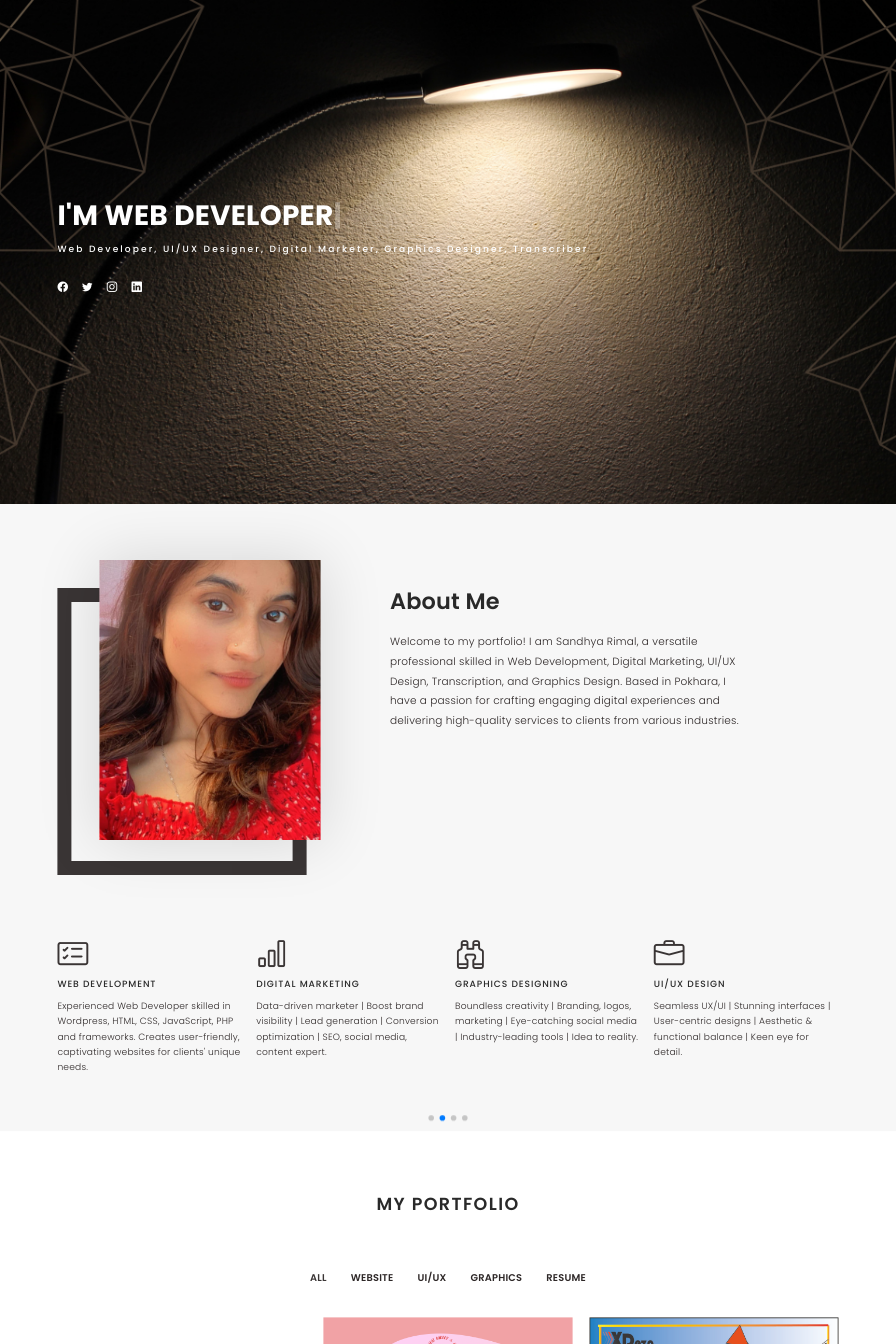
Repository: sandhya8109/portfolio
Page: index.html
An editor plug-in stored every save of this project. The page is shown before and after the next save, followed by the edit.
The browser window is 1280 px wide. The pictures show the part of the page from y = 0 to 1920 px (the page is 4289 px tall before and 5248 px after), at 70% of full size.
Some web fonts or font styles are not loaded; a fallback is used.

Above is the page before, as saved 2023-11-20 19:43:18.

After the next save:
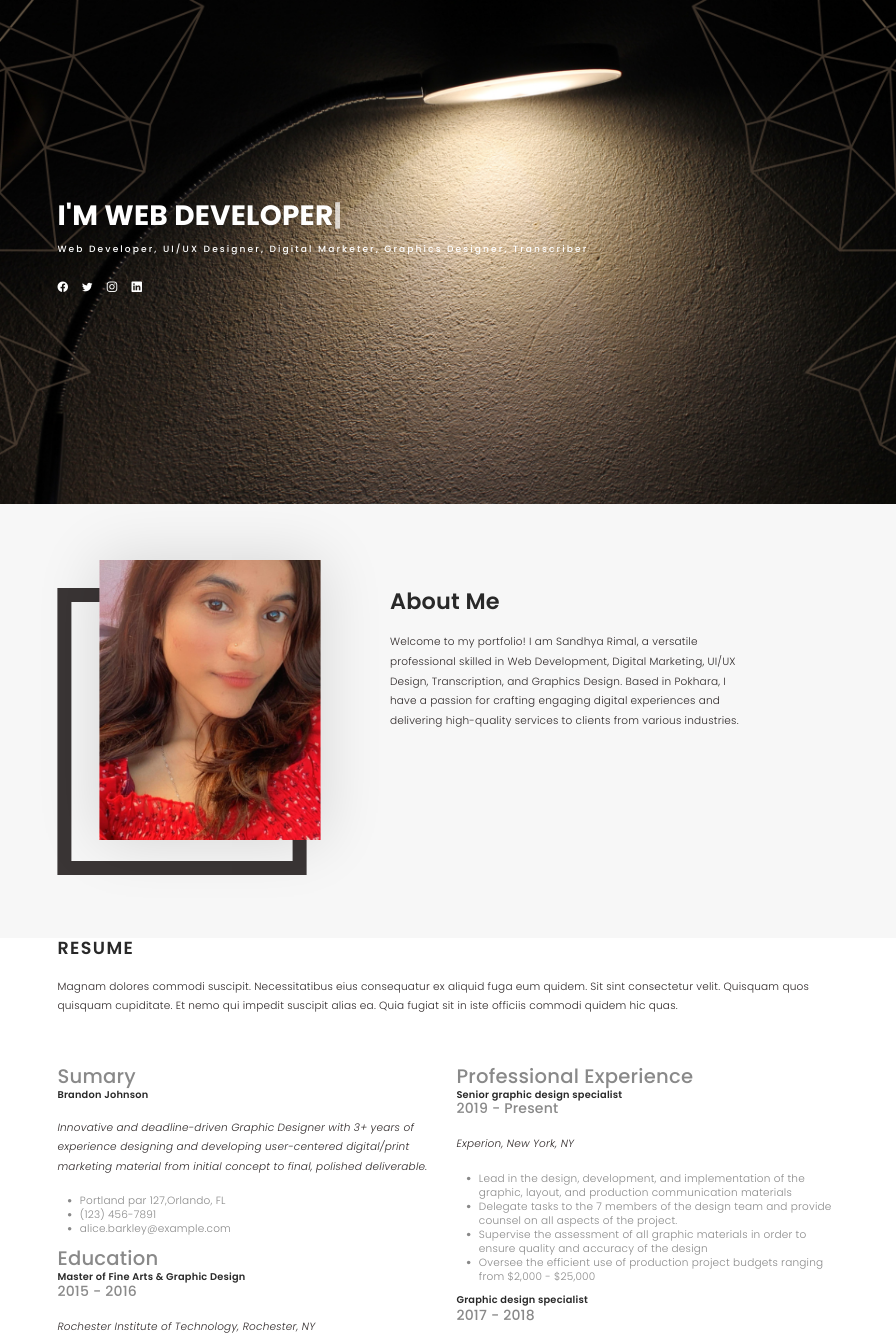
Saved 40 s later.
--- a/index.html
+++ b/index.html
@@ -115,7 +115,70 @@
       </div>
     </div><!-- End About Section -->
 
-
+    <section id="resume" class="resume">
+      <div class="container aos-init aos-animate" data-aos="fade-up">
+
+        <div class="section-title">
+          <h2>Resume</h2>
+          <p>Magnam dolores commodi suscipit. Necessitatibus eius consequatur ex aliquid fuga eum quidem. Sit sint consectetur velit. Quisquam quos quisquam cupiditate. Et nemo qui impedit suscipit alias ea. Quia fugiat sit in iste officiis commodi quidem hic quas.</p>
+        </div>
+
+        <div class="row">
+          <div class="col-lg-6">
+            <h3 class="resume-title">Sumary</h3>
+            <div class="resume-item pb-0">
+              <h4>Brandon Johnson</h4>
+              <p><em>Innovative and deadline-driven Graphic Designer with 3+ years of experience designing and developing user-centered digital/print marketing material from initial concept to final, polished deliverable.</em></p>
+              <ul>
+                <li>Portland par 127,Orlando, FL</li>
+                <li>(123) 456-7891</li>
+                <li>alice.barkley@example.com</li>
+              </ul>
+            </div>
+
+            <h3 class="resume-title">Education</h3>
+            <div class="resume-item">
+              <h4>Master of Fine Arts &amp; Graphic Design</h4>
+              <h5>2015 - 2016</h5>
+              <p><em>Rochester Institute of Technology, Rochester, NY</em></p>
+              <p>Qui deserunt veniam. Et sed aliquam labore tempore sed quisquam iusto autem sit. Ea vero voluptatum qui ut dignissimos deleniti nerada porti sand markend</p>
+            </div>
+            <div class="resume-item">
+              <h4>Bachelor of Fine Arts &amp; Graphic Design</h4>
+              <h5>2010 - 2014</h5>
+              <p><em>Rochester Institute of Technology, Rochester, NY</em></p>
+              <p>Quia nobis sequi est occaecati aut. Repudiandae et iusto quae reiciendis et quis Eius vel ratione eius unde vitae rerum voluptates asperiores voluptatem Earum molestiae consequatur neque etlon sader mart dila</p>
+            </div>
+          </div>
+          <div class="col-lg-6">
+            <h3 class="resume-title">Professional Experience</h3>
+            <div class="resume-item">
+              <h4>Senior graphic design specialist</h4>
+              <h5>2019 - Present</h5>
+              <p><em>Experion, New York, NY </em></p>
+              <ul>
+                <li>Lead in the design, development, and implementation of the graphic, layout, and production communication materials</li>
+                <li>Delegate tasks to the 7 members of the design team and provide counsel on all aspects of the project. </li>
+                <li>Supervise the assessment of all graphic materials in order to ensure quality and accuracy of the design</li>
+                <li>Oversee the efficient use of production project budgets ranging from $2,000 - $25,000</li>
+              </ul>
+            </div>
+            <div class="resume-item">
+              <h4>Graphic design specialist</h4>
+              <h5>2017 - 2018</h5>
+              <p><em>Stepping Stone Advertising, New York, NY</em></p>
+              <ul>
+                <li>Developed numerous marketing programs (logos, brochures,infographics, presentations, and advertisements).</li>
+                <li>Managed up to 5 projects or tasks at a given time while under pressure</li>
+                <li>Recommended and consulted with clients on the most appropriate graphic design</li>
+                <li>Created 4+ design presentations and proposals a month for clients and account managers</li>
+              </ul>
+            </div>
+          </div>
+        </div>
+
+      </div>
+    </section>
     <!-- ======= Services Section ======= -->
     <div id="services">
       <div class="container">
